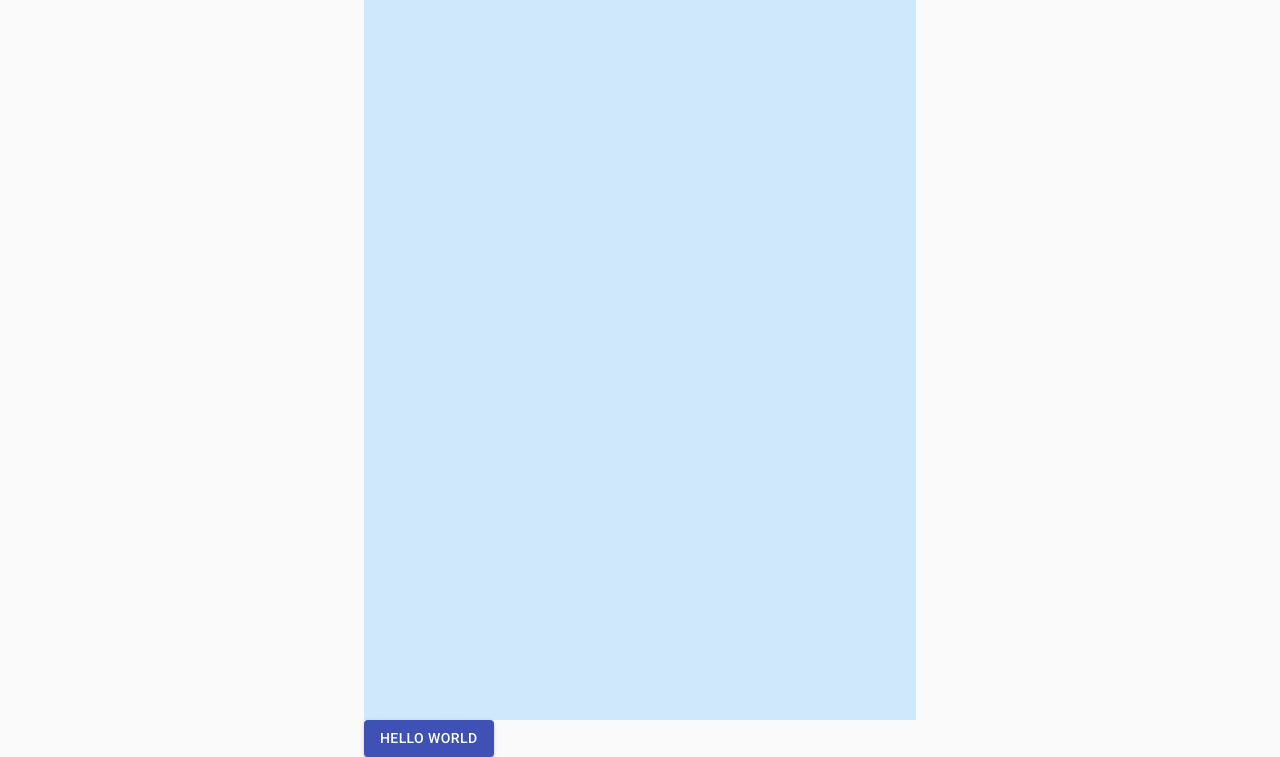
Repository: cherguiyacine/gitHubSearch
Page: /
These files come from the project's save history. The page is drawn as it stood at one moment and after the next save; the edit follows.
The browser window is 1280 px wide. The pictures show the whole page.
The project was rebuilt for these pictures with package versions that can differ from the ones it lists, and the page was loaded fresh each time. Also part of the build but not shown: src/Component/Layout/Navbar.js, src/Component/Users/UserItem.js, src/Component/Layout/Spinner.js, src/Component/Users/Users.js, src/Component/Users/Search.js, src/App.js.

Above is the page before, as saved 2019-11-21 23:19:35.

### public/index.html
<!DOCTYPE html>
<html lang="en">
  <head>
    <meta charset="utf-8" />
    <link rel="icon" href="%PUBLIC_URL%/favicon.ico" />
    <meta name="viewport" content="width=device-width, initial-scale=1" />
    <meta name="theme-color" content="#000000" />
    <meta
      name="description"
      content="Web site created using create-react-app"
    />
    <link rel="apple-touch-icon" href="logo192.png" />

    <link rel="manifest" href="%PUBLIC_URL%/manifest.json" />
    <link
      rel="stylesheet"
      href="https://cdnjs.cloudflare.com/ajax/libs/font-awesome/4.7.0/css/font-awesome.min.css"
    />
    <link
      rel="stylesheet"
      href="https://fonts.googleapis.com/css?family=Roboto:300,400,500,700&display=swap"
    />
    <link
      rel="stylesheet"
      href="https://fonts.googleapis.com/icon?family=Material+Icons"
    />

    <title>Yacine App</title>
  </head>
  <body>
    <noscript>You need to enable JavaScript to run this app.</noscript>
    <div id="root"></div>
  </body>
</html>

### src/index.js
import React from "react";
import ReactDOM from "react-dom";
import "./index.css";
import App from "./App";
import Authentification from "./Authentification";
import * as serviceWorker from "./serviceWorker";

ReactDOM.render(<Authentification />, document.getElementById("root"));

// If you want your app to work offline and load faster, you can change
// unregister() to register() below. Note this comes with some pitfalls.
// Learn more about service workers: https://bit.ly/CRA-PWA
serviceWorker.unregister();

### src/Authentification.js
import React, { Component } from "react";
import Button from "@material-ui/core/Button";
import { Box } from "@material-ui/core";
import CssBaseline from "@material-ui/core/CssBaseline";
import Typography from "@material-ui/core/Typography";
import Container from "@material-ui/core/Container";

export class Authentification extends Component {
  render() {
    return (
      // //   <Box color='white' bgcolor='palevioletred' p={1}>
      // //   <Button variant='contained' color='primary'>
      // //     Hello World
      // //   </Button>
      // / </Box>
      <React.Fragment>
        <CssBaseline />
        <Container maxWidth='sm'>
          <Typography
            component='div'
            style={{ backgroundColor: "#cfe8fc", height: "100vh" }}
          />
          <Button variant='contained' color='primary'>
            Hello World
          </Button>
        </Container>
      </React.Fragment>
    );
  }
}

export default Authentification;

Loaded but not shown: src/index.css (common file); src/serviceWorker.js (common file); src/App.css (common file)

After the next save:
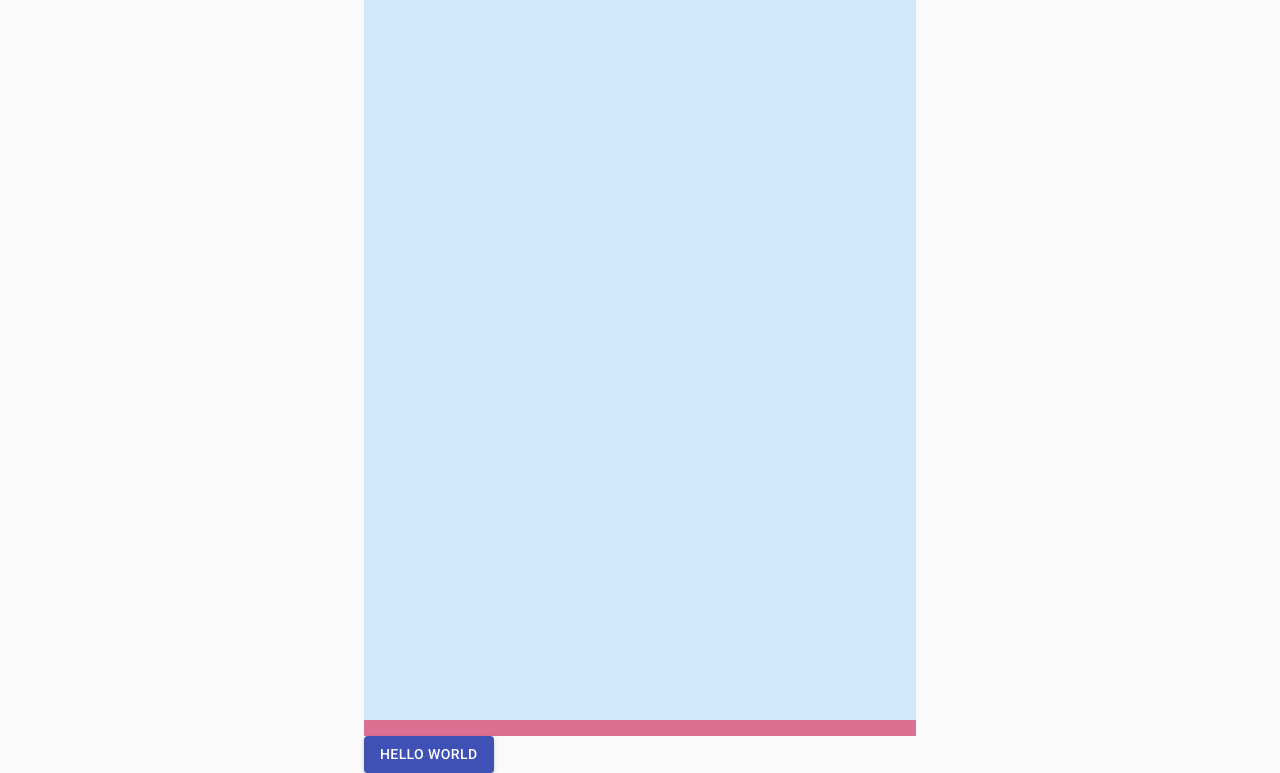
Saved 21 s later.
--- a/src/Authentification.js
+++ b/src/Authentification.js
@@ -20,6 +20,7 @@ export class Authentification extends Component {
             component='div'
             style={{ backgroundColor: "#cfe8fc", height: "100vh" }}
           />
+          <Box color='white' bgcolor='palevioletred' p={1}></Box>
           <Button variant='contained' color='primary'>
             Hello World
           </Button>
